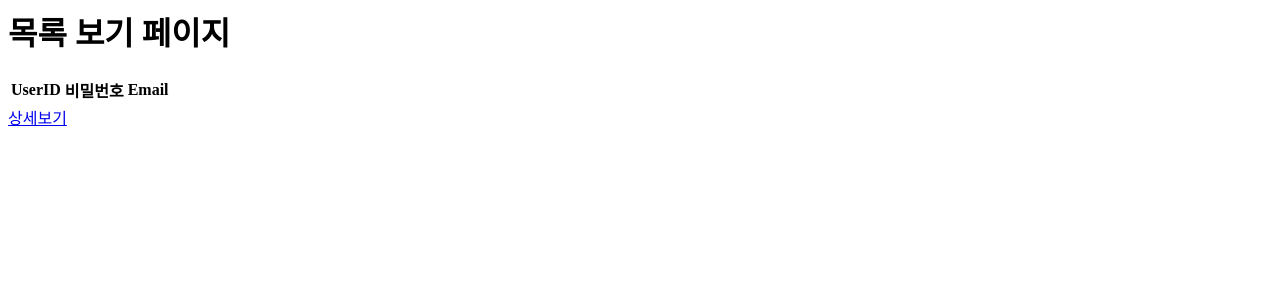
Repository: ur-developer/backend_workspace
Page: http://localhost/chapter09/views/list.jsp
These files come from the project's save history. The page is drawn as it stood at one moment and after the next save; the edit follows.
The browser window is 1280 px wide. The pictures show the whole page.
The page is served by Tomcat 9.

Above is the page before, as saved 2023-09-04 07:49:54.

After the next save:
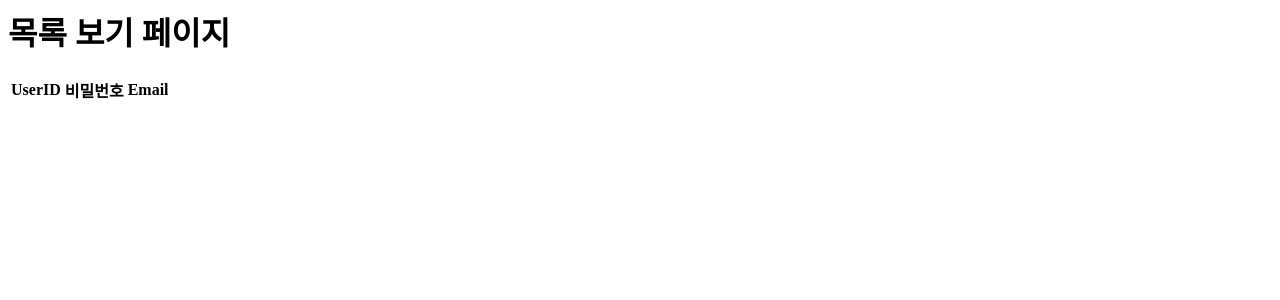
Saved 17 min 33 s later.
--- a/03_jspservelt/chapter09/src/main/webapp/views/list.jsp
+++ b/03_jspservelt/chapter09/src/main/webapp/views/list.jsp
@@ -19,7 +19,7 @@
      	<tbody>
      		<c:forEach var="user" items="${users}">
      		<tr>
-     			<td>${user.userid}</td>
+     			<td><a href="detail.do">${user.userid}</td>
      			<td>${user.password}</td>
     			<td>${user.email}</td>
    			</tr>
@@ -27,5 +27,4 @@
      	</tbody>
      </table>
 
-     <a href="detail.do">상세보기</a>
     </div>
